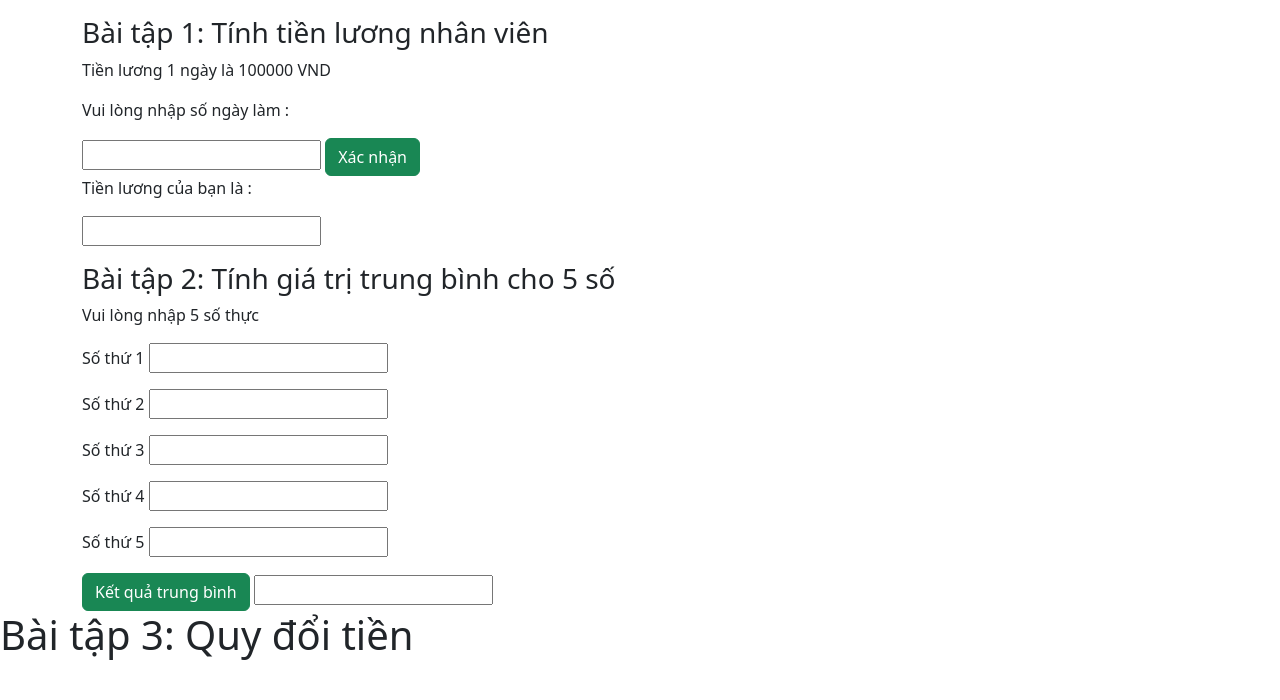
Repository: hcozyph/TranHuuPhuoc_BC43_BT_JS_Buoi2
Page: index.html
The author's editor kept a copy of each file at every save. The page is drawn from the files as they stood at one save, then again after the next save.
The browser window is 1280 px wide. The pictures show the whole page.

Above is the page before, as saved 2023-01-21 22:14:21.

### index.html
<!DOCTYPE html>
<html lang="en">
    <head>
        <title>BT JS - Buoi 1</title>
        <!-- Required meta tags -->
        <meta charset="utf-8" />
        <meta
            name="viewport"
            content="width=device-width, initial-scale=1, shrink-to-fit=no"
        />

        <!-- Bootstrap CSS v5.2.1 -->
        <link
            href="https://cdn.jsdelivr.net/npm/bootstrap@5.2.1/dist/css/bootstrap.min.css"
            rel="stylesheet"
            integrity="sha384-iYQeCzEYFbKjA/T2uDLTpkwGzCiq6soy8tYaI1GyVh/UjpbCx/TYkiZhlZB6+fzT"
            crossorigin="anonymous"
        />

        <!-- FontAwesome 6.2.0 CSS -->
        <link
            rel="stylesheet"
            href="https://cdnjs.cloudflare.com/ajax/libs/font-awesome/6.2.0/css/all.min.css"
            integrity="sha512-xh6O/CkQoPOWDdYTDqeRdPCVd1SpvCA9XXcUnZS2FmJNp1coAFzvtCN9BmamE+4aHK8yyUHUSCcJHgXloTyT2A=="
            crossorigin="anonymous"
            referrerpolicy="no-referrer"
        />

        <!-- index.css -->
        <link rel="stylesheet" href="./style/index.css" />
    </head>

    <body>
        <!-- BT1 -->
        <div class="container">
            <div class="BT1">
                <h1 class="fs-3 mt-3">Bài tập 1: Tính tiền lương nhân viên</h1>
                <p>Tiền lương 1 ngày là 100000 VND</p>
                <p>Vui lòng nhập số ngày làm :</p>
                <input type="number" id="soNgayLam" />
                <button
                    class="btn btn-success"
                    id="btnXacNhan"
                    onclick="inputSoNgayLam()"
                >
                    Xác nhận
                </button>
                <p>Tiền lương của bạn là :</p>
                <input type="text" id="result" />
            </div>

            <!-- BT2 -->
            <div class="BT2">
                <h1 class="fs-3 mt-3">
                    Bài tập 2: Tính giá trị trung bình cho 5 số
                </h1>
                <p>Vui lòng nhập 5 số thực</p>

                <p>Số thứ 1 <input type="number" id="n1" /></p>
                <p>Số thứ 2 <input type="number" id="n2" /></p>
                <p>Số thứ 3 <input type="number" id="n3" /></p>
                <p>Số thứ 4 <input type="number" id="n4" /></p>
                <p>Số thứ 5 <input type="number" id="n5" /></p>

                <button
                    class="btn btn-success"
                    id="btnAverage"
                    onclick="average()"
                >
                    Kết quả trung bình
                </button>
                <input type="text" id="average" />
            </div>
        </div>

        <!-- BT3 -->
        <div class="BT3">
            <h1>Bài tập 3: Quy đổi tiền</h1>
        </div>
        <!-- Bootstrap JavaScript Libraries -->
        <script
            src="https://cdn.jsdelivr.net/npm/@popperjs/core@2.11.6/dist/umd/popper.min.js"
            integrity="sha384-oBqDVmMz9ATKxIep9tiCxS/Z9fNfEXiDAYTujMAeBAsjFuCZSmKbSSUnQlmh/jp3"
            crossorigin="anonymous"
        ></script>

        <script
            src="https://cdn.jsdelivr.net/npm/bootstrap@5.2.1/dist/js/bootstrap.min.js"
            integrity="sha384-7VPbUDkoPSGFnVtYi0QogXtr74QeVeeIs99Qfg5YCF+TidwNdjvaKZX19NZ/e6oz"
            crossorigin="anonymous"
        ></script>

        <!-- index.js -->
        <script src="./index.js"></script>
    </body>
</html>

### index.js
//BT1: Tính tiền lương nhân viên
function inputSoNgayLam () {
    //input
    var soNgayLam = document.getElementById('soNgayLam').value;
    var luongMotNgay = 100000;
    //output
    var result = 0;

    var result = parseInt(soNgayLam) * parseInt(luongMotNgay);

    document.getElementById('result').value = result + 'VND';
}

//BT2: Tính trung bình cộng 5 số
function average () {
    //input
    var n1 = document.getElementById('n1').value;
    var n2 = document.getElementById('n2').value;
    var n3 = document.getElementById('n3').value;
    var n4 = document.getElementById('n4').value;
    var n5 = document.getElementById('n5').value;
    //output
    var average = 0;
    var soLuongInput = 5;

    var sum = parseFloat(n1) + parseFloat(n2) + parseFloat(n3) + parseFloat(n4) + parseFloat(n5);

    var average =  sum / parseFloat(soLuongInput) ;

    document.getElementById('average').value = average;
}

/*
Link vercel:
https://tran-huu-phuoc-bc-43-bt-js-buoi1.vercel.app/
*/

Loaded but not shown: style/index.css (no stored copy; drawn as an empty file)

After the next save:
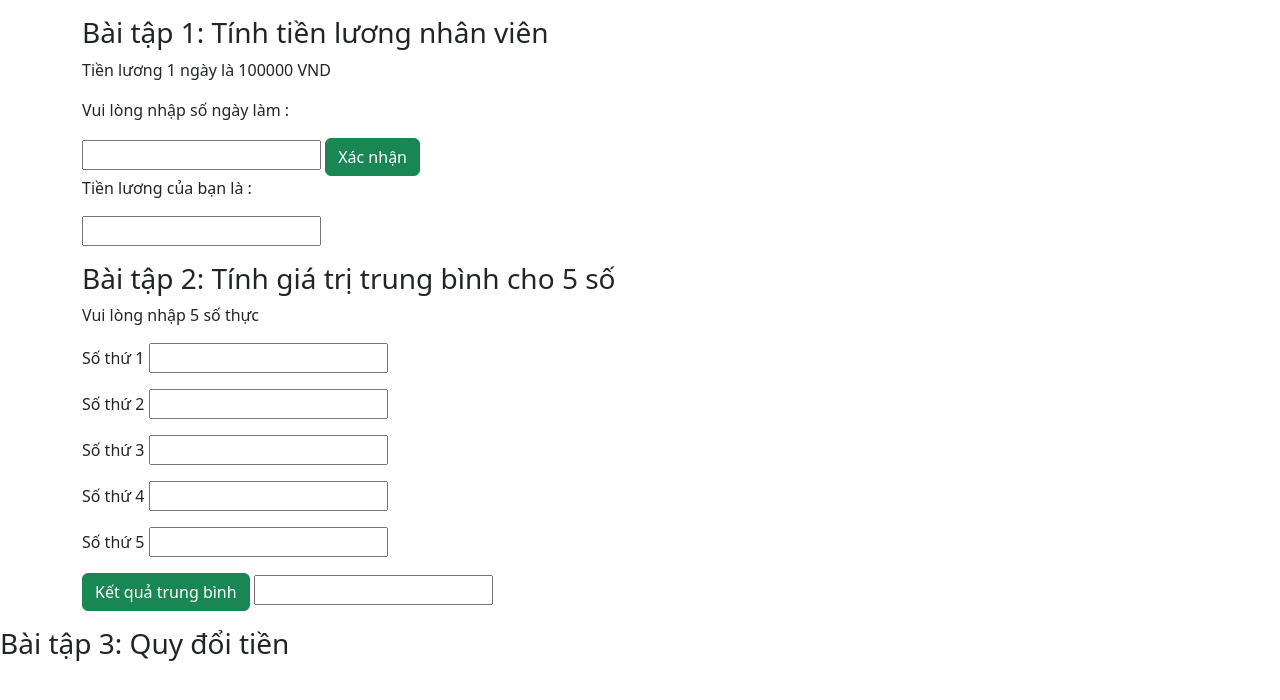
Saved 37 s later.
--- a/index.html
+++ b/index.html
@@ -75,7 +75,7 @@
 
         <!-- BT3 -->
         <div class="BT3">
-            <h1>Bài tập 3: Quy đổi tiền</h1>
+            <h1 class="fs-3 mt-3">Bài tập 3: Quy đổi tiền</h1>
         </div>
         <!-- Bootstrap JavaScript Libraries -->
         <script
